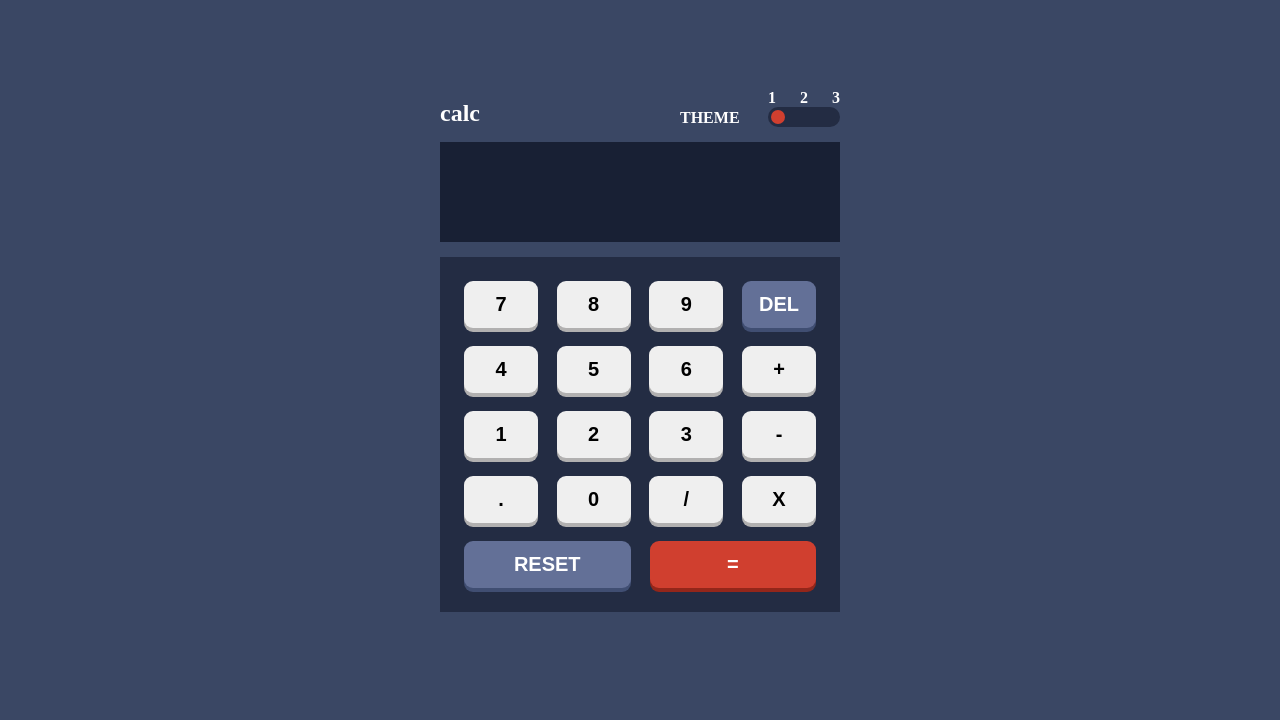
Repository: Eugene44-hub/basic-calculator
Page: index.html
The author's editor kept a copy of each file at every save. The page is drawn from the files as they stood at one save, then again after the next save.
The browser window is 1280 px wide. The pictures show the whole page.

Above is the page before, as saved 2021-10-03 03:36:38.

### index.html
<!DOCTYPE html>
<html lang="en">

<head>
    <link rel="stylesheet" href="style.css">
    <meta charset="UTF-8">
    <meta http-equiv="X-UA-Compatible" content="IE=edge">
    <meta name="viewport" content="width=device-width, initial-scale=1.0">
    <title>Document</title>
</head>

<body>
    <div class="cal-container">

        <div class="theme">
            <h2>calc
            </h2>
            <div class="theme-number">
                <div class="number-toggle">


                    <div class="toggle">
                        <p>theme</p>
                        <div class="switch">
                            <span id="one">1</span>
                            <span id="two">2</span>
                            <span id="three">3</span>
                            <div class="bar">
                                <div class="circle"></div>
                            </div>
                        </div>
                    </div>
                </div>
            </div>
        </div>
        <div class="output">

        </div>
        <div class="button-container">
            <div class="buttons">
                <button id="number-button">7</button>
                <button id="number-button">8</button>
                <button id="number-button">9</button>
                <button id="del-button">del</button>
                <button id="number-button">4</button>
                <button id="number-button">5</button>
                <button id="number-button">6</button>
                <button id="addition-button">+</button>
                <button id="number-button">1</button>
                <button id="number-button">2</button>
                <button id="number-button">3</button>
                <button id="minus-button">-</button>
                <button id="dot-button">.</button>
                <button id="number-button">0</button>
                <button id="division-button">/</button>
                <button id="multiply-button">x</button>
                <button id="reset-button">reset</button>
                <button id="equals-button">=</button>
            </div>
        </div>
    </div>


    <script src="app.js"></script>
</body>

</html>

### style.css
* {
    padding: 0;
    margin: 0;
    box-sizing: border-box;
}

body {
    display: flex;
    height: 700px;
    background-color: hsl(222, 26%, 31%);
    text-transform: uppercase;
    color: white;
    font-weight: bold;
}

.theme {
    display: flex;
    flex-wrap: wrap;
}

h2 {
    flex: 60%;
    text-transform: lowercase;
}

.theme-number {
    flex: 40%;
}

P {
    align-self: flex-end;
}

.switch {
    word-spacing: 20px;
}

.toggle {
    display: flex;
    justify-content: space-between;
}

.bar {
    padding: 10px;
    background-color: hsl(223, 31%, 20%);
    position: relative;
    border-radius: 10px;
}

.circle {
    position: absolute;
    background-color: hsl(6, 63%, 50%);
    padding: 7px;
    border-radius: 50%;
    top: 50%;
    transform: translate(-50%, -50%);
}

h2 {
    align-self: flex-end;
}

.cal-container {
    margin: auto;
    width: 400px;
}

.buttons {
    display: flex;
    flex-wrap: wrap;
    justify-content: space-between;
    padding: 15px;
}

#reset-button,
#del-button {
    background-color: hsl(225, 21%, 49%);
    color: white;
    box-shadow: 0 4px hsl(224, 28%, 35%);
}

#reset-button:active,
#del-button:active,
#equals-button:active {
    box-shadow: none;
}

.button-container {
    background-color: hsl(223, 31%, 20%);
}

button {
    flex-basis: 20%;
    padding: 12px;
    margin: 9px;
    font-size: 20px;
    text-transform: uppercase;
    border-radius: 9px;
    border: none;
    box-shadow: 0 4px rgb(177, 176, 176);
    font-weight: bold;
}

#reset-button,
#equals-button {
    flex-basis: 45%;
}

.output {
    height: 100px;
    background-color: hsl(224, 36%, 15%);
    margin: 15px 0
}

#equals-button {
    background-color: hsl(6, 63%, 50%);
    box-shadow: 0 4px hsl(6, 70%, 34%);
    color: white;
}

span,
button:hover {
    cursor: pointer;
}

button:active {
    box-shadow: none;
}


/* Dark red (key shadow): hsl(6, 70%, 34%) */

### app.js
// const themeNumber = document.querySelector('span');
const button = document.querySelectorAll('button');
const calContainer = document.querySelector('.cal-container');

class Calculator {
    constructor(button) {
        this.button = button;
    }
    changeBackground(bodyColor, delButtonColor, resetButtonColor, equalsButtonColor, buttonContainerColor, screenColor, toggleBarColor, toggleColor, textColor, resetShadow, delShadow, equalShadow, delTextColor, equalTextColor) {
        const deleteButton = document.querySelector('#del-button');
        const resetButton = document.querySelector('#reset-button');
        const equalsButton = document.querySelector('#equals-button');
        const buttonContainer = document.querySelector('.button-container')
        const output = document.querySelector('.output');
        const toggleBar = document.querySelector('.bar')
        const toggle = document.querySelector('.circle')


        document.body.style.backgroundColor = bodyColor
        document.body.style.color = textColor
        deleteButton.style.backgroundColor = delButtonColor
        resetButton.style.backgroundColor = resetButtonColor
        equalsButton.style.backgroundColor = equalsButtonColor
        output.style.backgroundColor = screenColor
        buttonContainer.style.backgroundColor = buttonContainerColor
        toggleBar.style.backgroundColor = toggleBarColor
        toggle.style.backgroundColor = toggleColor
        resetButton.style.boxShadow = resetShadow
        deleteButton.style.boxShadow = delShadow
        equalsButton.style.boxShadow = equalShadow
        deleteButton.style.color = delTextColor
        resetButton.style.color = delTextColor
        equalsButton.style.color = equalTextColor

        /* Backgrounds

- Light gray (main background): hsl(0, 0%, 90%)
- Grayish red (toggle background, keypad background): hsl(0, 5%, 81%)
- Very light gray (screen background): hsl(0, 0%, 93%)

#### Keys

- Dark moderate cyan (key background): hsl(185, 42%, 37%)
- Very dark cyan (key shadow): hsl(185, 58%, 25%)

- Orange (key background, toggle): hsl(25, 98%, 40%)
- Dark orange (key shadow): hsl(25, 99%, 27%)

- Light grayish yellow (key background): hsl(45, 7%, 89%)
- Dark grayish orange (key shadow): hsl(35, 11%, 61%)

#### Text

- Very dark grayish yellow: hsl(60, 10%, 19%)
- White (text): hsl(0, 0, 100%) */

    }

    toggle(number) {

        if (number == 1) {
            document.querySelector('.circle').style.left = '';
            this.changeBackground()
        }
        if (number == 2) {
            document.querySelector('.circle').style.left = '50%';
            for (let i = 0; i < this.button.length; i++) {
                this.button[i].style.backgroundColor = 'hsl(45, 7%, 89%)';
                this.button[i].style.boxShadow = '0 4px hsl(35, 11%, 61%)'
                this.button[i].style.color = 'black';
            }

            this.changeBackground('hsl(0,0%,90%)', 'hsl(185, 42%, 37%)', 'hsl(185, 42%, 37%)', 'hsl(25, 98%, 40%)', 'hsl(0, 5%, 81%)', 'hsl(0, 0%, 93%)', 'hsl(0, 5%, 81%)', 'hsl(25, 98%, 40%)',
                'hsl(60, 10%, 19%)', 'hsl(185, 58%, 25%)', 'hsl(185, 58%, 25%)', 'hsl(25, 99%, 27%)', 'white', 'white')
        }
        if (number == 3) {
            document.querySelector('.circle').style.left = '90%';

            for (let i = 0; i < this.button.length; i++) {
                this.button[i].style.backgroundColor = 'hsl(268, 47%, 21%)';
                this.button[i].style.boxShadow = '0 4px hsl(290, 70%, 36%)'
                this.button[i].style.color = 'hsl(52, 100%, 62%)';

            }
            this.changeBackground('hsl(268, 75%, 9%)', 'hsl(281, 89%, 26%)', 'hsl(281, 89%, 26%)', 'hsl(176, 100%, 44%)', 'hsl(268, 71%, 12%)', 'hsl(268, 71%, 12%)', 'hsl(268, 71%, 12%)', 'hsl(176, 100%, 44%)', 'hsl(52, 100%, 62%)', '0 4px lhsl(285, 91%, 52%)', '0 4px hsl(285, 91%, 52%)', '0 4px hsl(177, 92%, 70%)', 'white', 'black');

        }
    }
};

function eventListeners() {
    const calculator = new Calculator(button)
    calContainer.addEventListener('click', e => {
        calculator.toggle(e.target.textContent)


    })
}
eventListeners()

After the next save:
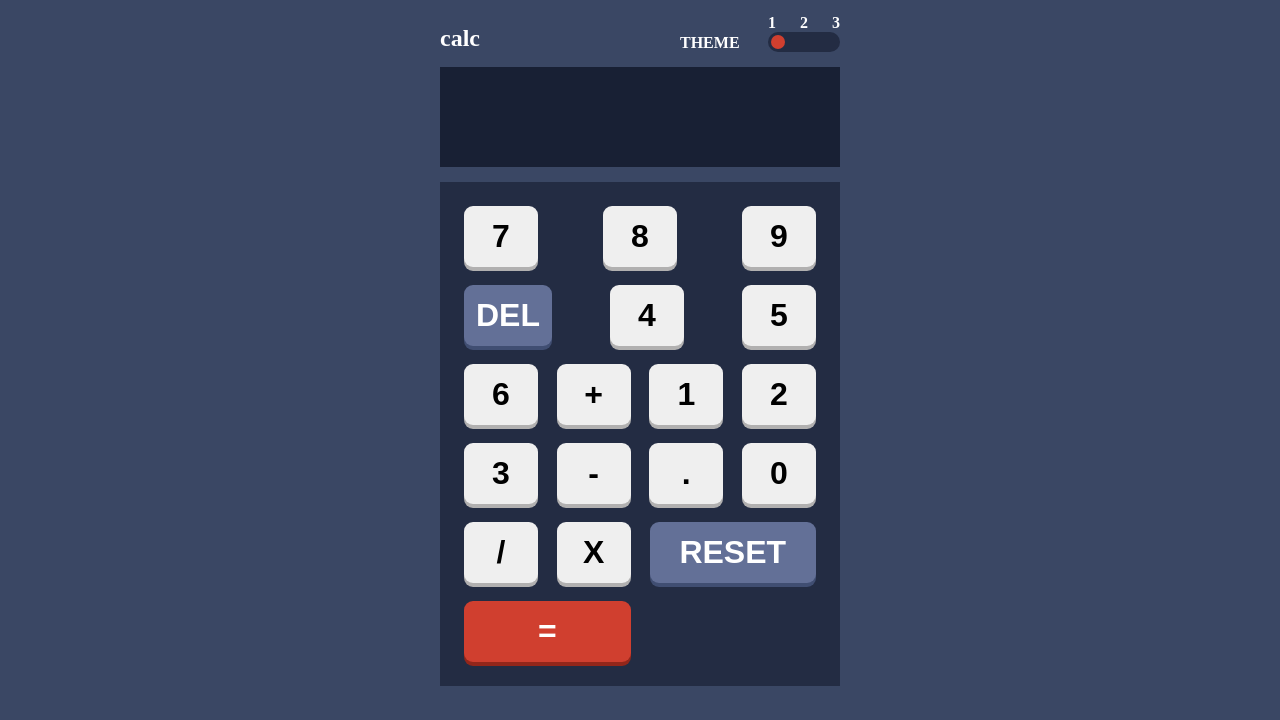
Saved 67 s later.
--- a/style.css
+++ b/style.css
@@ -93,7 +93,7 @@ button {
     flex-basis: 20%;
     padding: 12px;
     margin: 9px;
-    font-size: 20px;
+    font-size: 32px;
     text-transform: uppercase;
     border-radius: 9px;
     border: none;
